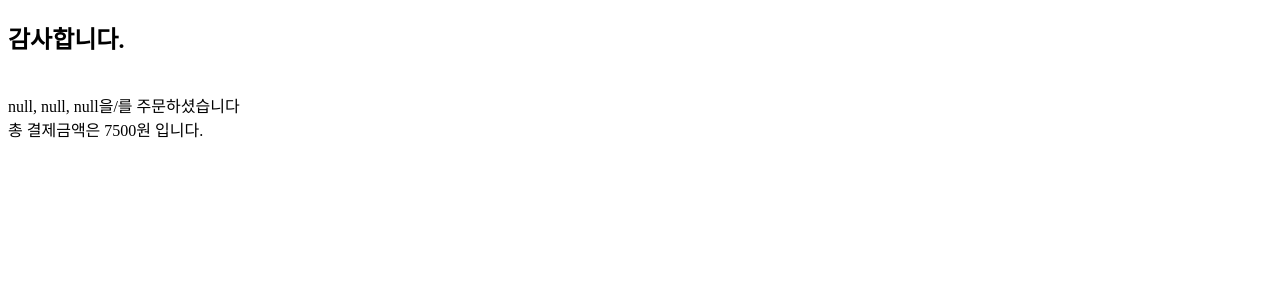
Repository: jsungl/WEBSERVER-WORKSPACE
Page: http://localhost/01_helloweb/menu/menuOrder.jsp
The author's editor kept a copy of each file at every save. The page is drawn from the files as they stood at one save, then again after the next save.
The browser window is 1280 px wide. The pictures show the whole page.
The page is served by Tomcat 9.

Above is the page before, as saved 2021-03-24 09:19:32.

After the next save:
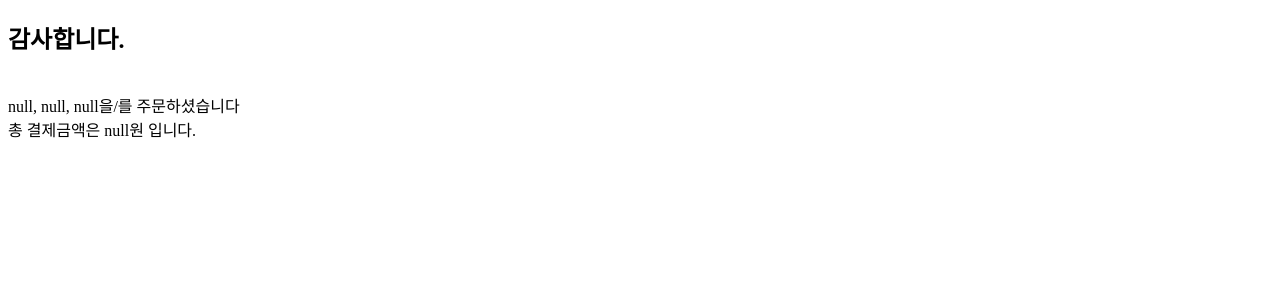
Saved 31 s later.
--- a/01_helloweb/WebContent/menu/menuOrder.jsp
+++ b/01_helloweb/WebContent/menu/menuOrder.jsp
@@ -32,6 +32,6 @@
 	<span id="side_menu"><%= sideMenu %></span>,
 	<span id="drink_menu"><%= drinkMenu %><span>을/를 주문하셨습니다
 	<br />
-	<span id="price">총 결제금액은 7500원 입니다. </span>
+	<span id="price">총 결제금액은 <%= price %>원 입니다. </span>
 </body>
 </html>

After the 3 saves that followed:
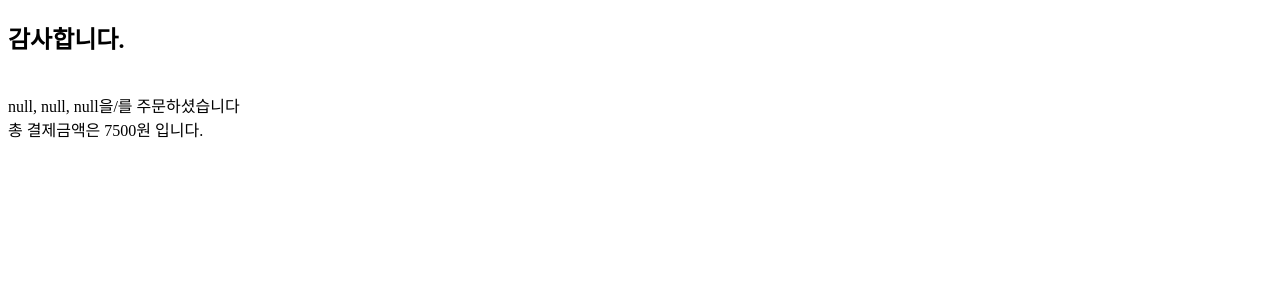
The 3 saves are shown as one change because 2 left the picture as it was.
The last was saved 5 min 49 s later.
--- a/01_helloweb/WebContent/menu/menuOrder.jsp
+++ b/01_helloweb/WebContent/menu/menuOrder.jsp
@@ -7,15 +7,15 @@
 
 	//사용자 입력값 가져오기
 	// request, response에 선언없이 접근가능(servlet에서 넘겨줬으니까)
-	String mainMenu = request.getParameter("mainMenu");
-	String sideMenu = request.getParameter("sideMenu");
-	String drinkMenu = request.getParameter("drinkMenu");
+	String mainMenu = request.getParameter("main_menu");
+	String sideMenu = request.getParameter("side_menu");
+	String drinkMenu = request.getParameter("drink_menu");
 
 
 	//저장된 속성가져오기
 	String price = (String)request.getAttribute("price"); //꺼내면 object 타입이므로 String에 담을수없다 -> downcasting
 	//System.out.println("recommendation@jsp = " + recommendation);
-
+	System.out.println("price@jsp = " + price);
 %>
 
 
@@ -32,6 +32,6 @@
 	<span id="side_menu"><%= sideMenu %></span>,
 	<span id="drink_menu"><%= drinkMenu %><span>을/를 주문하셨습니다
 	<br />
-	<span id="price">총 결제금액은 <%= price %>원 입니다. </span>
+	<span id="price">총 결제금액은 7500원 입니다. </span>
 </body>
 </html>
